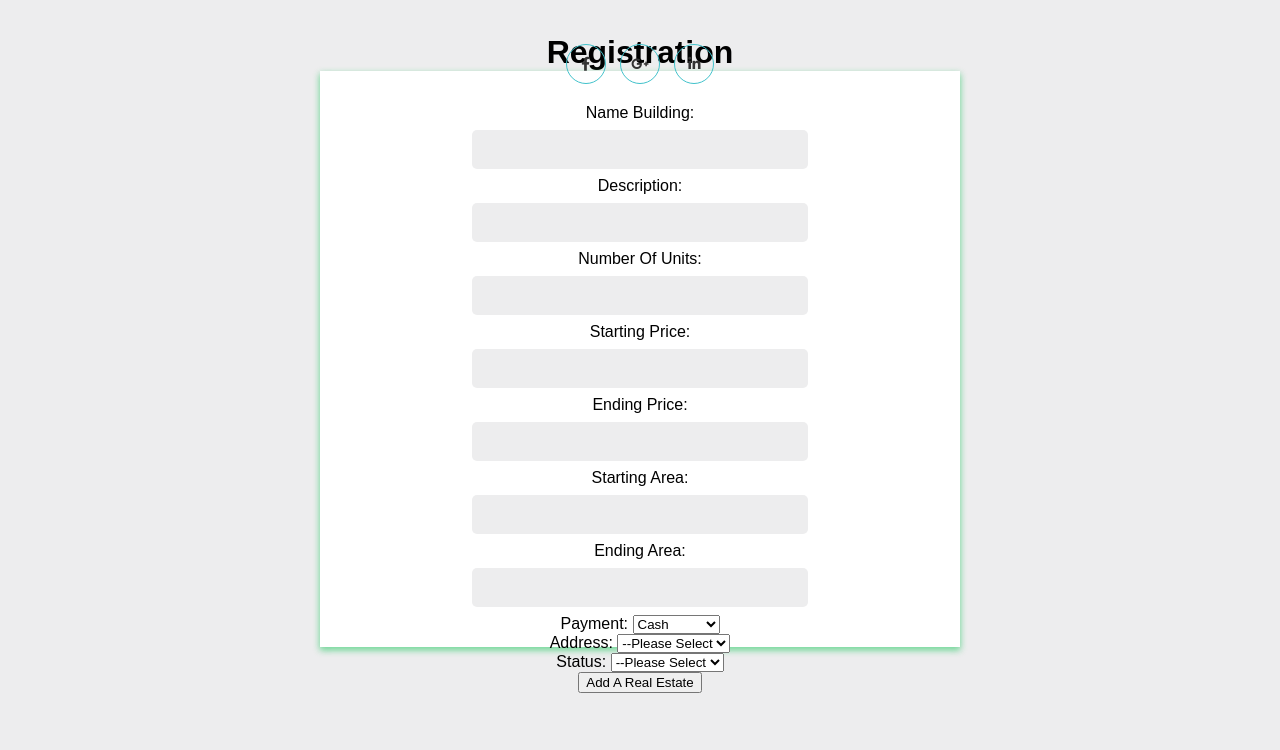
Repository: danaalhaji/realest
Page: http://localhost/realeast/WEB-INF/addEstate.jsp
An editor plug-in stored every save of this project. The page is shown before and after the next save, followed by the edit.
The browser window is 1280 px wide. The pictures show the whole page.
Some web fonts or font styles are not loaded; a fallback is used. Some web libraries are served in a nearby version. The page is served by Tomcat 9. Nobody is signed in. Other server files are loaded and not shown. The template is opened directly, without the code that normally fills it, so the values that code supplies are empty.

Above is the page before, as saved 2022-11-22 23:48:28.

### realeast/src/main/webapp/WEB-INF/addEstate.jsp
<%@ page language="java" contentType="text/html; charset=ISO-8859-1"
	pageEncoding="ISO-8859-1"%>
<!-- c:out ; c:forEach etc. -->
<%@taglib uri="http://java.sun.com/jsp/jstl/core" prefix="c"%>
<!-- Formatting (dates) -->
<%@taglib uri="http://java.sun.com/jsp/jstl/fmt" prefix="fmt"%>
<!-- form:form -->
<%@ taglib prefix="form" uri="http://www.springframework.org/tags/form"%>
<!-- for rendering errors on PUT routes -->
<%@ page isErrorPage="true"%>
<!DOCTYPE html>
<html>
<head>
<meta charset="UTF-8">
<base href="/">

<title>Realest</title>
<link rel="stylesheet" type="text/css" href="css/style2.css">
<link rel="stylesheet" type="text/css"
	href="https://cdnjs.cloudflare.com/ajax/libs/font-awesome/5.14.0/css/all.min.css">
</head>
<body>
<h1>Registration</h1>
	<main class="registerForm">

		<div class="social-container">
			<a href="https://rpbloggers.com/"><i class="fab fa-facebook-f"></i></a>
			<a href="https://rpbloggers.com/"><i class="fab fa-google-plus-g"></i></a>
			<a href="https://rpbloggers.com/"><i class="fab fa-linkedin-in"></i></a>
		</div>
    <form:form action="/add/project" method="post" modelAttribute="newProject">
        <div class="form-group">
            <label>Name Building:</label>
            <form:input path="proName" class="specialInput" />
            <form:errors path="proName" class="text-danger" />
        </div>
        <div class="form-group">
            <label>Description:</label>
            <form:input path="description" class="specialInput" />
            <form:errors path="description" class="text-danger" />
        </div>
        <div class="form-group">
            <label>Number Of Units:</label>
            <form:input path="numberOfUnits" class="specialInput" />
            <form:errors path="numberOfUnits" class="text-danger" />
        </div>
        <div class="form-group">
            <label>Starting Price:</label>
            <form:input path="satrtingPrice" class="specialInput" />
            <form:errors path="satrtingPrice" class="text-danger" />
        </div>
        <div class="form-group">
            <label>Ending Price:</label>
            <form:input path="endingPrice" class="specialInput" />
            <form:errors path="endingPrice" class="text-danger" />
        </div>
        <div class="form-group">
            <label>Starting Area:</label>
            <form:input path="satrtingArea" class="specialInput" />
            <form:errors path="satrtingArea" class="text-danger" />
        </div>
        <div class="form-group">
            <label>Ending Area:</label>
            <form:input path="endingArea" class="specialInput" />
            <form:errors path="endingArea" class="text-danger" />
        </div>
        <div class="form-group">
        <label>Payment:</label>
        <form:select name="payment" path="payment">
  			<form:option value="cash">Cash</form:option>
  			<form:option value="installment">Installment</form:option>
  			<form:errors path="payment" class="text-danger" />
		</form:select>
        </div>

         <div class="form-group">
            <label>Address:</label>
    			<form:select path="address">
     			<form:option value="-" label="--Please Select"/>
    		 	<form:options items="${enumValues}" />
				</form:select>
				<form:errors path="address" class="text-danger" />
  		</div>
  		 <div class="form-group">
            <label>Status:</label>
    			<form:select path="status">
     			<form:option value="-" label="--Please Select"/>
    		 	<form:options items="${enumValues}" />
				</form:select>
				<form:errors path="status" class="text-danger" />
  		</div>
        <input type="submit" value="Add A Real Estate" class="btn btn-primary" />
    </form:form>
</main>

</body>
</html>

### realeast/src/main/resources/static/css/style2.css
@charset "windows-1256";

@import url('https://fonts.googleapis.com/css2?family=Raleway:wght@100;500&display=swap');

:root {
	--primary-color: #41C2CB;
	--secondary-color: #80D6DC;
}

* {
	box-sizing: border-box;
}

body {
	background: #EDEDEE;
	display: flex;
	justify-content: center;
	align-items: center;
	flex-direction: column;
	font-family: 'Raleway', sans-serif;
	height: 100vh;
	margin: -20px 0 50px;
}

h1 {
	font-weight: bold;
	margin: 0;
}

h2 {
	text-align: center;
}

p {
	font-size: 14px;
	line-height: 20px;
	margin: 20px 0 30px;
}

a {
	color: #333;
	font-size: 14px;
	text-decoration: none;
	margin: 15px 0;
}

button {
	border-radius: 20px;
	background-color: #2eca6a;
	color: #FFFFFF;
	font-size: 12px;
	font-weight: bold;
	padding: 12px 45px;
	text-transform: uppercase;
	cursor: pointer;
	border: none;
}

button:hover {
	transform: scale(1.05);
}

button.signup_btn {
	background-color: transparent;
	border-color: #FFFFFF;
}

.registerForm {
	background-color: #FFFFFF;
	width: 50%;
	display: flex;
	align-items: center;
	justify-content: center;
	flex-direction: column;
	padding: 0 50px;
	height: 80vh;
	text-align: center;
	box-shadow: 0 3px 6px rgba(46, 202, 106, 0.4),
			0 3px 7px rgba(46, 202, 106, 0.4);
}

#newUser {
	width: 80%;
}
.specialInput {
	background-color: #EDEDEE;
	border: none;
	padding: 12px 15px;
	margin: 8px 0;
	width: 100%;
	border-radius: 5px;
}




.form {
	position: absolute;
	top: 0;
	height: 100%;
}

.sign-in-container {
	left: 0;
	width: 50%;
}

.overlay-container {
	position: absolute;
	top: 0;
	left: 50%;
	width: 50%;
	height: 100%;
	overflow: hidden;
}

.overlay {
	background: #41C2CB;
	background: linear-gradient(to right, var(--secondary-color), var(--primary-color));
	background-repeat: no-repeat;
	background-size: cover;
	background-position: 0 0;
	color: #FFFFFF;
	position: relative;
	left: -100%;
	height: 100%;
	width: 200%;
}

.overlay-panel {
	position: absolute;
	display: flex;
	align-items: center;
	justify-content: center;
	flex-direction: column;
	padding: 0 40px;
	text-align: center;
	top: 0;
	height: 100%;
	width: 50%;
}

.overlay-right {
	right: 0;
}

.social-container {
	margin: 20px 0;
}

.social-container a {
	border: 1px solid var(--primary-color);
	border-radius: 50%;
	display: inline-flex;
	justify-content: center;
	align-items: center;
	margin: 0 5px;
	height: 40px;
	width: 40px;
}
.social-container a:hover{
	transform: scale(1.08);
}

After the next save:
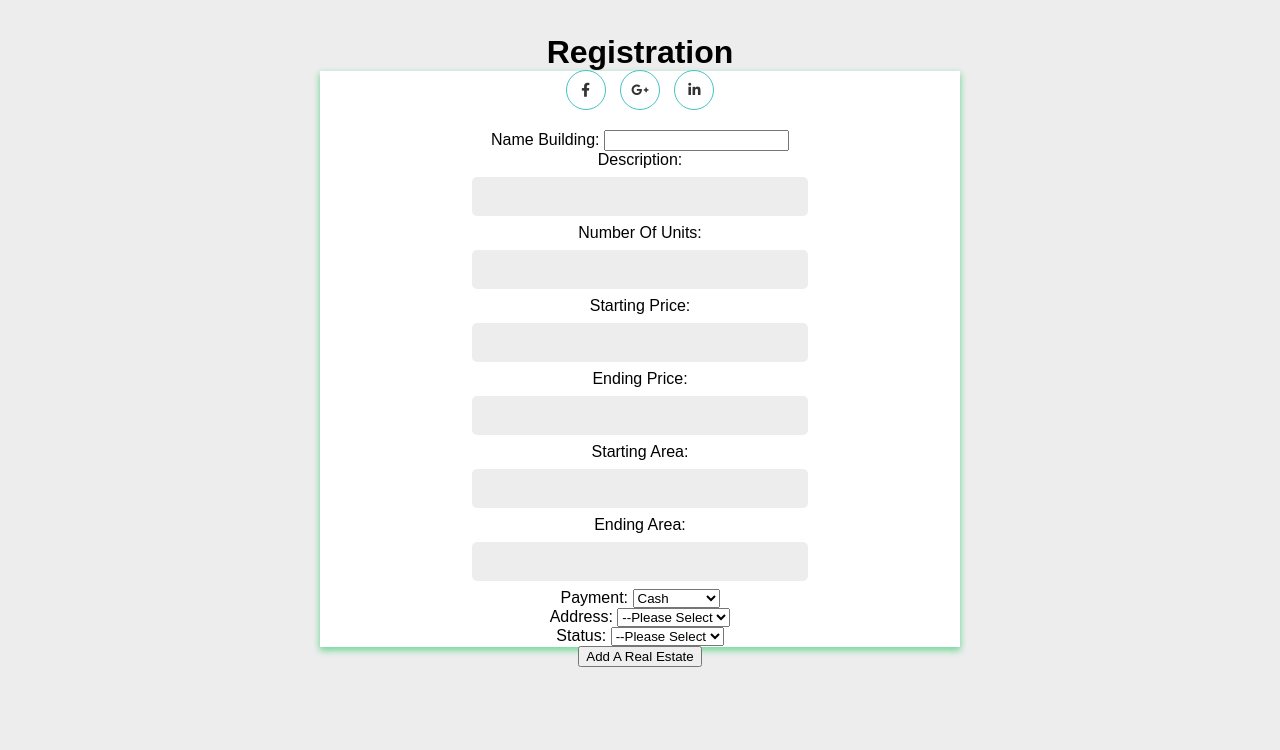
Saved 4 min 50 s later.
--- a/realeast/src/main/webapp/WEB-INF/addEstate.jsp
+++ b/realeast/src/main/webapp/WEB-INF/addEstate.jsp
@@ -31,7 +31,7 @@
     <form:form action="/add/project" method="post" modelAttribute="newProject">
         <div class="form-group">
             <label>Name Building:</label>
-            <form:input path="proName" class="specialInput" />
+            <form:input path="proName" class="form-control" />
             <form:errors path="proName" class="text-danger" />
         </div>
         <div class="form-group">
